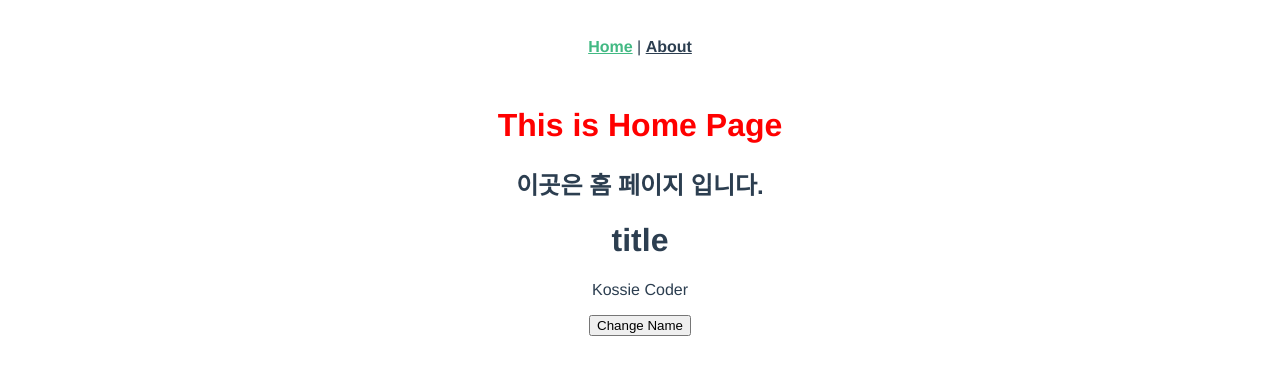
Repository: RyuGeunHwan/code_J
Page: / (app in vue-props/)
These files come from the project's save history. The page is drawn as it stood at one moment and after the next save; the edit follows.
The browser window is 1280 px wide. The pictures show the whole page.
The project was rebuilt for these pictures with package versions that can differ from the ones it lists, and the page was loaded fresh each time.

Above is the page before, as saved 2022-08-11 16:01:01.

After the next save:
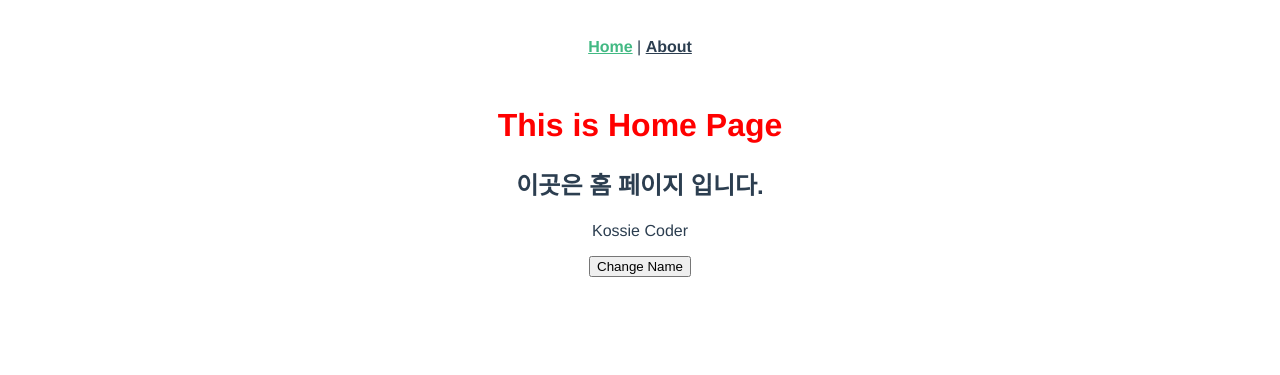
Saved 16 h 14 min later.
--- a/vue-props/src/components/KossieCoder.vue
+++ b/vue-props/src/components/KossieCoder.vue
@@ -1,6 +1,6 @@
 <template>
     <div>
-        <h1>title</h1>
+        <h1>{{title}}</h1>
         <p>{{  name  }}</p>
         <button @click="updateName">Change Name</button>
     </div>
@@ -8,6 +8,7 @@
 
 <script>
 export default {
+    props: ['title'],
     data(){
         return{
             name : 'Kossie Coder'
